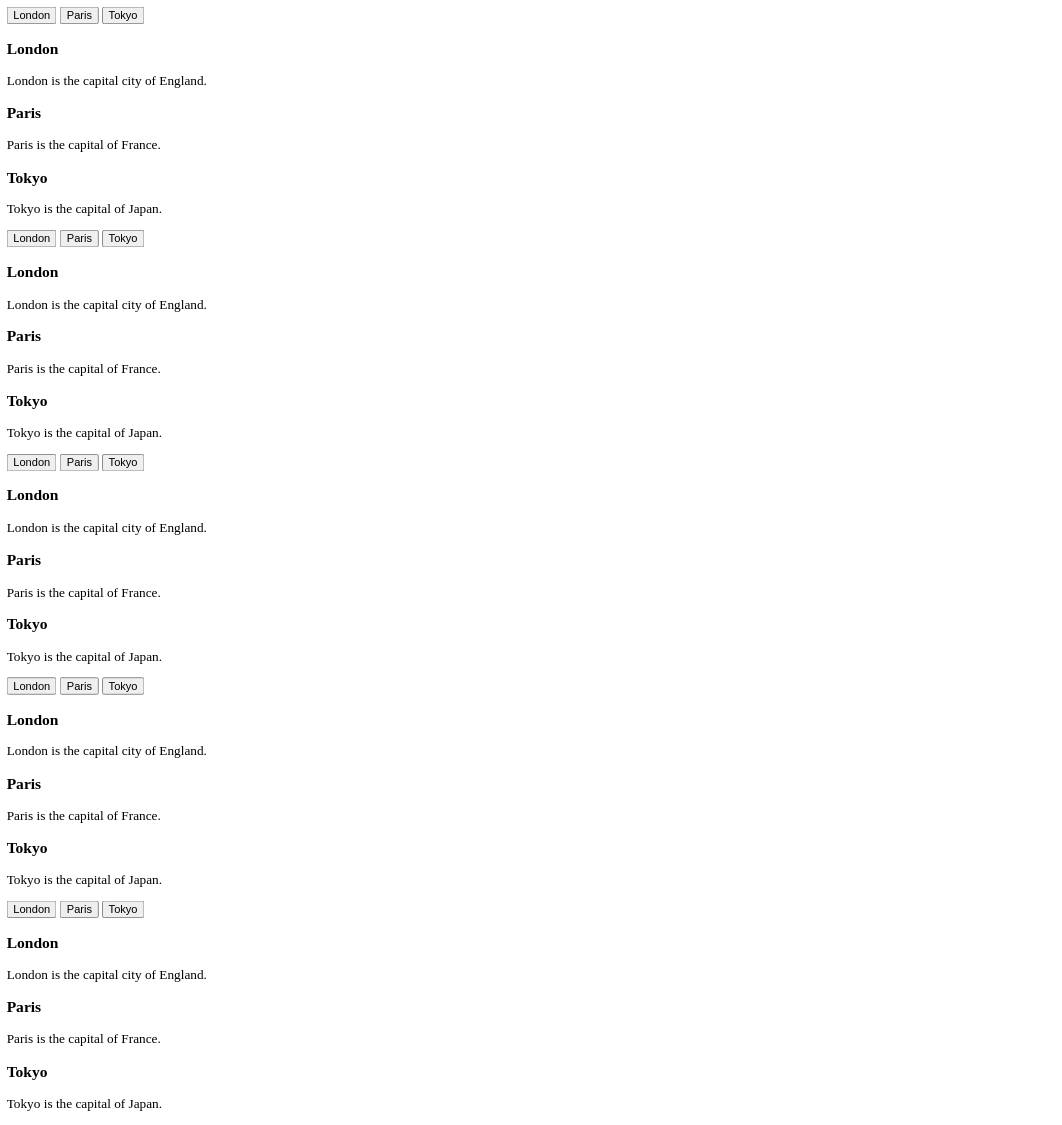
Repository: brandonhyc/note_collection
Page: 基础笔记/HTML_CSS_JS/Examples/tabs-custom-component/index.html
These files come from the project's save history. The page is drawn as it stood at one moment and after the next save; the edit follows.
The browser window is 1280 px wide. The pictures show the whole page, at 83% of full size.

Above is the page before, as saved 2019-02-15 10:45:06.

After the next save:
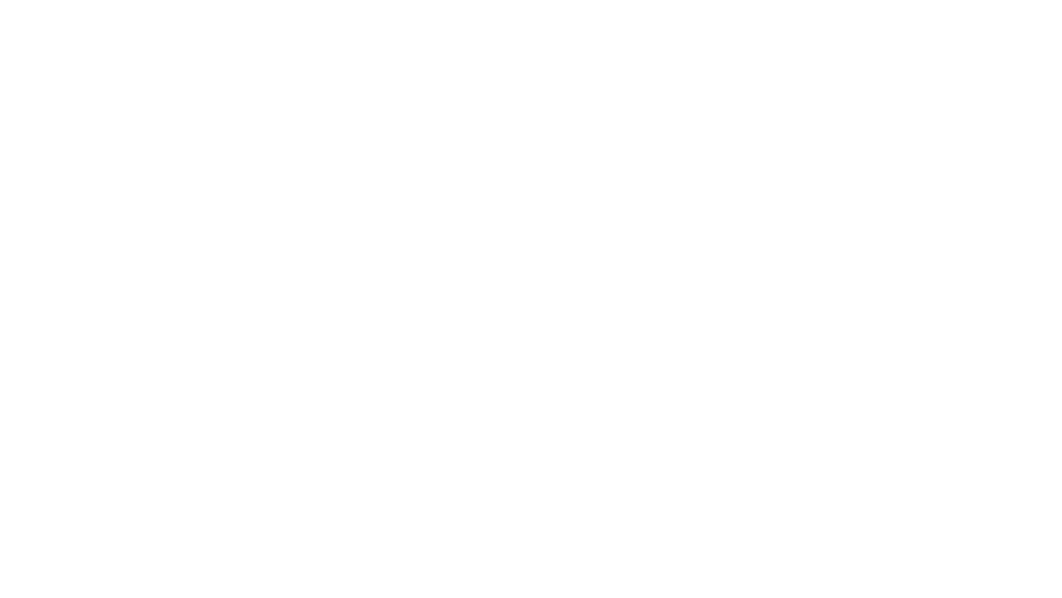
Console error: ReferenceError: tabSwitcher is not defined
Saved 92 s later.
--- a/基础笔记/HTML_CSS_JS/Examples/tabs-custom-component/main.js
+++ b/基础笔记/HTML_CSS_JS/Examples/tabs-custom-component/main.js
@@ -1,4 +1,4 @@
-import { tabSwitcher } from "./tabComponent.js";
+// import { tabSwitcher } from "./tabComponent.js";
 
 (function main() {
     // get all tabComponents

After the save that followed:
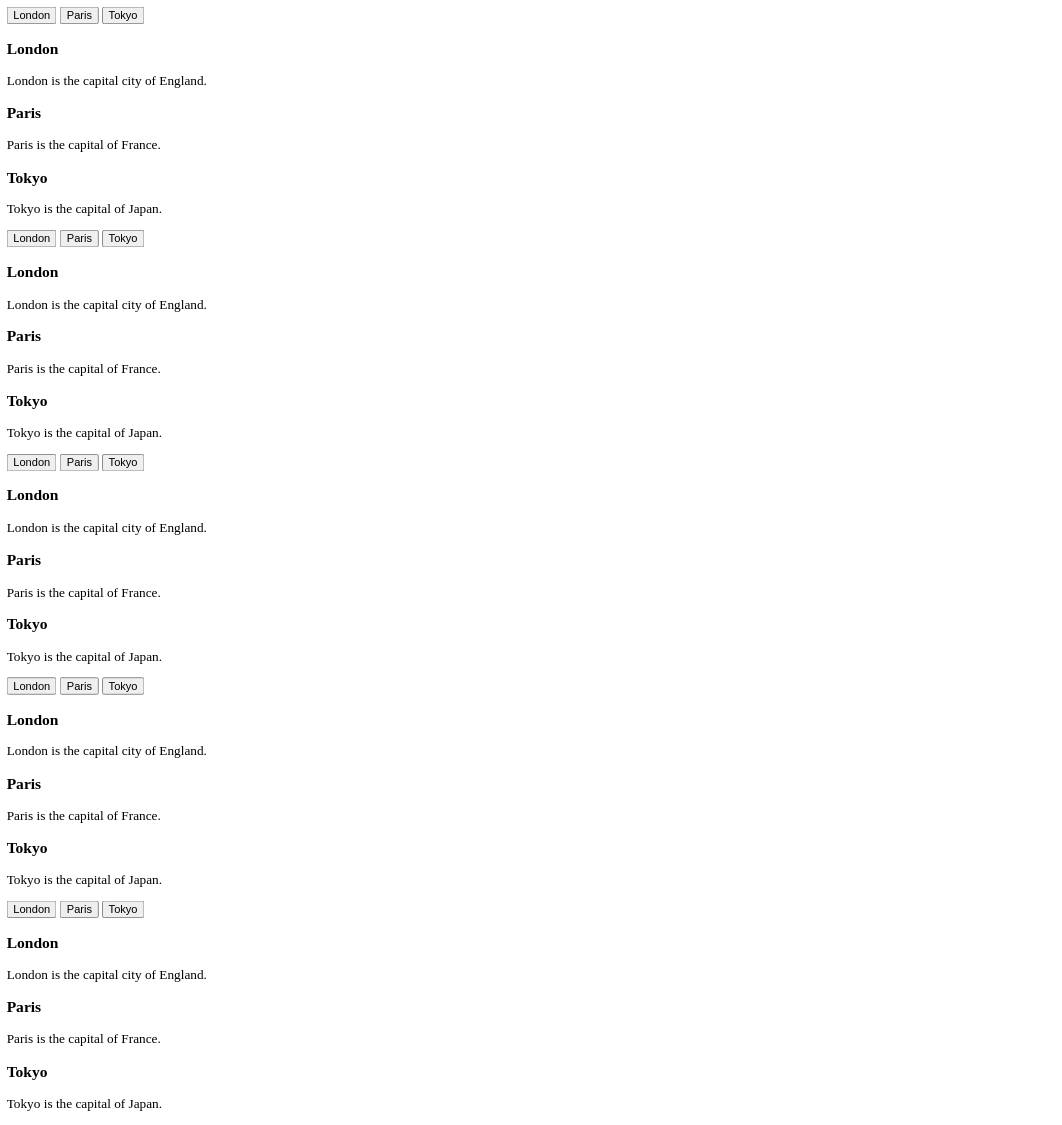
The error is gone.
Saved 86 s later.
--- a/基础笔记/HTML_CSS_JS/Examples/tabs-custom-component/main.js
+++ b/基础笔记/HTML_CSS_JS/Examples/tabs-custom-component/main.js
@@ -1,4 +1,4 @@
-// import { tabSwitcher } from "./tabComponent.js";
+import { tabSwitcher } from "./tabComponent.js";
 
 (function main() {
     // get all tabComponents
